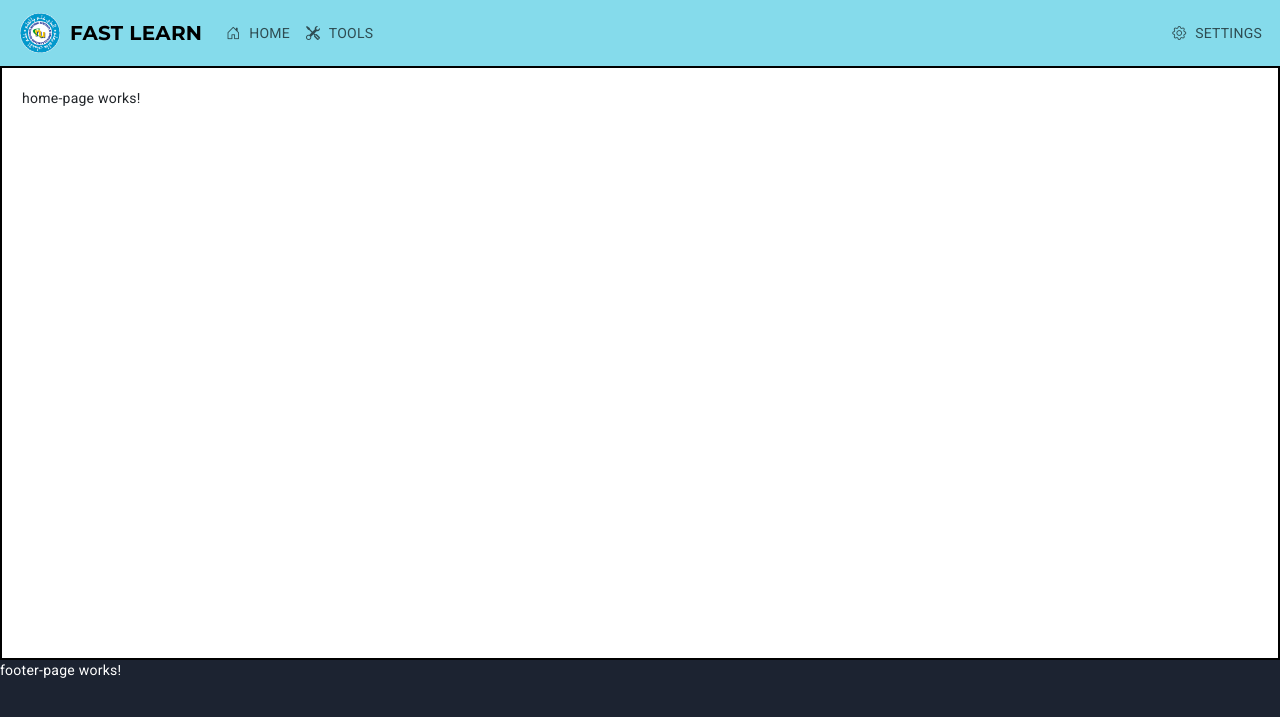
Repository: fastlearn-e0c9858e10ed/Frontend
Page: / (app in fastlearn/)
An editor plug-in stored every save of this project. The page is shown before and after the next save, followed by the edit.
The browser window is 1280 px wide. The pictures show the whole page.
The project was rebuilt for these pictures with package versions that can differ from the ones it lists, and the page was loaded fresh each time. Also part of the build but not shown: fastlearn/angular.json.

Above is the page before, as saved 2024-08-19 02:02:01.

### fastlearn/src/index.html
<!DOCTYPE html>
<html lang="en">
  <head>
    <meta charset="utf-8" />
    <title>Fastlearn</title>
    <base href="/" />
    <meta name="viewport" content="width=device-width, initial-scale=1" />
    <link rel="icon" type="image/x-icon" href="favicon.ico" />
    <link rel="preconnect" href="https://fonts.gstatic.com" />
    <link
      href="https://fonts.googleapis.com/css2?family=Roboto:wght@300;400;500&display=swap"
      rel="stylesheet"
    />
    <link
      href="https://fonts.googleapis.com/icon?family=Material+Icons"
      rel="stylesheet"
    />
    <link
      href="https://fonts.googleapis.com/css2?family=Montserrat:wght@400;700&display=swap"
      rel="stylesheet"
    />
    <!-- Bootstrap Icons CSS -->
    <link
      rel="stylesheet"
      href="https://cdnjs.cloudflare.com/ajax/libs/bootstrap-icons/1.10.0/font/bootstrap-icons.min.css"
    />
    <!-- Bootstrap 5 CSS -->
    <link
      href="https://cdnjs.cloudflare.com/ajax/libs/bootstrap/5.3.0/css/bootstrap.min.css"
      rel="stylesheet"
    />
    <!-- Popper.js (required for some Bootstrap 5 components) -->
    <script src="https://cdnjs.cloudflare.com/ajax/libs/popper.js/2.11.6/umd/popper.min.js"></script>

    <!-- Bootstrap 5 JavaScript -->
    <script src="https://cdnjs.cloudflare.com/ajax/libs/bootstrap/5.3.0/js/bootstrap.bundle.min.js"></script>
  </head>
  <body class="mat-typography">
    <app-root></app-root>
  </body>
</html>

### fastlearn/src/styles.css
/* You can add global styles to this file, and also import other style files */

html, body { height: 100%; }
body { margin: 0; font-family: Roboto, "Helvetica Neue", sans-serif; }

@import "~bootstrap-icons/font/bootstrap-icons.css";
@import url('https://fonts.googleapis.com/css2?family=Montserrat:wght@400;700&display=swap');

### fastlearn/src/app/app.module.ts
import { NgModule } from '@angular/core';
import { BrowserModule } from '@angular/platform-browser';

import { AppRoutingModule } from './app-routing.module';
import { AppComponent } from './app.component';
import { BrowserAnimationsModule } from '@angular/platform-browser/animations';
import { HeaderPageComponent } from './components/header-page/header-page.component';
import { FooterPageComponent } from './components/footer-page/footer-page.component';
import { HomePageComponent } from './components/home-page/home-page.component';

import { MatMenuModule } from '@angular/material/menu';
@NgModule({
  declarations: [
    AppComponent,
    HeaderPageComponent,
    FooterPageComponent,
    HomePageComponent
  ],
  imports: [
    BrowserModule,
    AppRoutingModule,
    BrowserAnimationsModule,
    MatMenuModule
  ],
  providers: [],
  bootstrap: [AppComponent]
})
export class AppModule { }

### fastlearn/src/app/app-routing.module.ts
import { NgModule } from '@angular/core';
import { RouterModule, Routes } from '@angular/router';
import { HomePageComponent } from './components/home-page/home-page.component';

const routes: Routes = [
  { path: '', redirectTo: '/homepage', pathMatch: 'full' },
  { path: 'homepage', component: HomePageComponent },
];

@NgModule({
  imports: [RouterModule.forRoot(routes)],
  exports: [RouterModule]
})
export class AppRoutingModule { }

### fastlearn/src/app/app.component.ts
import { Component } from '@angular/core';

@Component({
  selector: 'app-root',
  templateUrl: './app.component.html',
  styleUrls: ['./app.component.css']
})
export class AppComponent {
  title = 'fastlearn';
}

### fastlearn/src/app/components/header-page/header-page.component.ts
import { Component } from '@angular/core';

@Component({
  selector: 'app-header-page',
  templateUrl: './header-page.component.html',
  styleUrls: ['./header-page.component.css']
})
export class HeaderPageComponent {

}

### fastlearn/src/app/components/footer-page/footer-page.component.ts
import { Component } from '@angular/core';

@Component({
  selector: 'app-footer-page',
  templateUrl: './footer-page.component.html',
  styleUrls: ['./footer-page.component.css']
})
export class FooterPageComponent {

}

### fastlearn/src/app/app.component.html
<app-header-page></app-header-page>

<main class="content">
  <router-outlet></router-outlet> <!-- This is where your routed components will be displayed -->
</main>

<app-footer-page class="footer"></app-footer-page>

### fastlearn/src/app/app.component.css
main.content {
  flex: 1; /* Take up remaining space */
  overflow-y: auto; /* Enable scrolling if content exceeds viewport */
  padding: 20px; /* Adjust as needed */
  border: 2px solid black; /* Example border */
  box-sizing: border-box; /* Include padding and border in width/height */
}

.footer {
  background-color: #1c2331;
  color: white;
  width: 100%;
  height: 60px; /* Fixed height */
  margin-top: auto; /* Push the footer to the bottom */
}

:host {
  display: flex;
  flex-direction: column;
  min-height: 100vh; /* Ensure full viewport height */
  margin: 0;
}

### fastlearn/src/app/components/header-page/header-page.component.html
<nav class="navbar navbar-expand-lg navbar-light" style="background-color: #85dbeb;">
  <a class="navbar-brand ml-2 d-flex align-items-center" href="#">
    <img src="../../../assets/header_icons/fast.png" alt="Custom Icon" class="navbar-icon mr-2">
    FAST LEARN
  </a>

  <!-- Toggler for mobile view -->
  <button class="navbar-toggler" type="button" data-bs-toggle="collapse" data-bs-target="#navbarNav" aria-controls="navbarNav" aria-expanded="false" aria-label="Toggle navigation">
    <span class="navbar-toggler-icon"></span>
  </button>

  <!-- Navbar content -->
  <div class="collapse navbar-collapse" id="navbarNav">
    <ul class="navbar-nav mr-auto">
      <li class="nav-item active">
        <a class="nav-link" routerLink="/homepage">
          <i class="bi bi-house-door"></i> HOME
        </a>
      </li>

      <li class="nav-item" [matMenuTriggerFor]="toolsMenu">
        <a class="nav-link" href="#">
          <i class="bi bi-tools"></i> TOOLS
        </a>
        <mat-menu #toolsMenu="matMenu">
          <button mat-menu-item routerLink="/toolpage/notespage">Notes</button>
          <button mat-menu-item routerLink="/toolpage/pastpaperpage">Past Paper</button>
        </mat-menu>
      </li>
    </ul>
    <div class="ml-auto d-flex align-items-center">
      <ul class="navbar-nav">
        <li class="nav-item">
          <a class="nav-link" routerLink="/settingpage">
            <i class="bi bi-gear"></i> SETTINGS
          </a>
        </li>
      </ul>
    </div>
  </div>
</nav>

### fastlearn/src/app/components/header-page/header-page.component.css
/* Include Montserrat font */
@import url('https://fonts.googleapis.com/css2?family=Montserrat:wght@400;700&display=swap');

/* Navbar styling */
.navbar {
  color: #0ec3e7; /* Light blue background color */
}

/* Navbar brand styling */
.navbar-brand {
  margin-left: 20px; /* Space from the left edge */
  font-weight: bold; /* Make the brand name bold */
  font-family: 'Montserrat', sans-serif; /* Apply Montserrat font */

}

/* Align elements to the right and add spacing */
.ml-auto {
  margin-left: auto; /* Push elements to the right */
  margin-right: 10px; /* Space from the right edge */
}

/* Flex styling for inline forms */
.form-inline {
  display: flex; /* Use flexbox layout */
  align-items: center; /* Center align items vertically */
}

/* Margin adjustments for form controls */
.form-control {
  margin-right: 5px; /* Space between form controls */
}

/* Space between icon and text in nav links */
.navbar .nav-link i {
  margin-right: 5px; /* Space between icon and text */

}

/* Ensure dropdown menu appears correctly */
.navbar-nav .dropdown-menu {
  right: 0; /* Align dropdown to the right */
  left: auto; /* Override left alignment */
}



/* Navbar icon styling */
.navbar-icon {
  width: 40px; /* Adjust the size as needed */
  height: auto; /* Maintain aspect ratio */
  margin-right: 10px;
  border-radius: 25px;
}

/* Optional: Add additional styling */
.navbar-brand {
  display: flex;
  align-items: center;
  font-family: 'Montserrat', sans-serif; /* Ensure Montserrat is applied */
}

### fastlearn/src/app/components/footer-page/footer-page.component.html
<p>footer-page works!</p>

Loaded but not shown: fastlearn/src/main.ts (common file); fastlearn/src/app/components/home-page/home-page.component.ts (common file); fastlearn/src/app/components/home-page/home-page.component.html (common file); fastlearn/src/app/components/footer-page/footer-page.component.css (no copy from this time; the picture is the same without it); fastlearn/src/app/components/home-page/home-page.component.css (no copy from this time; the picture is the same without it)

After the next save:
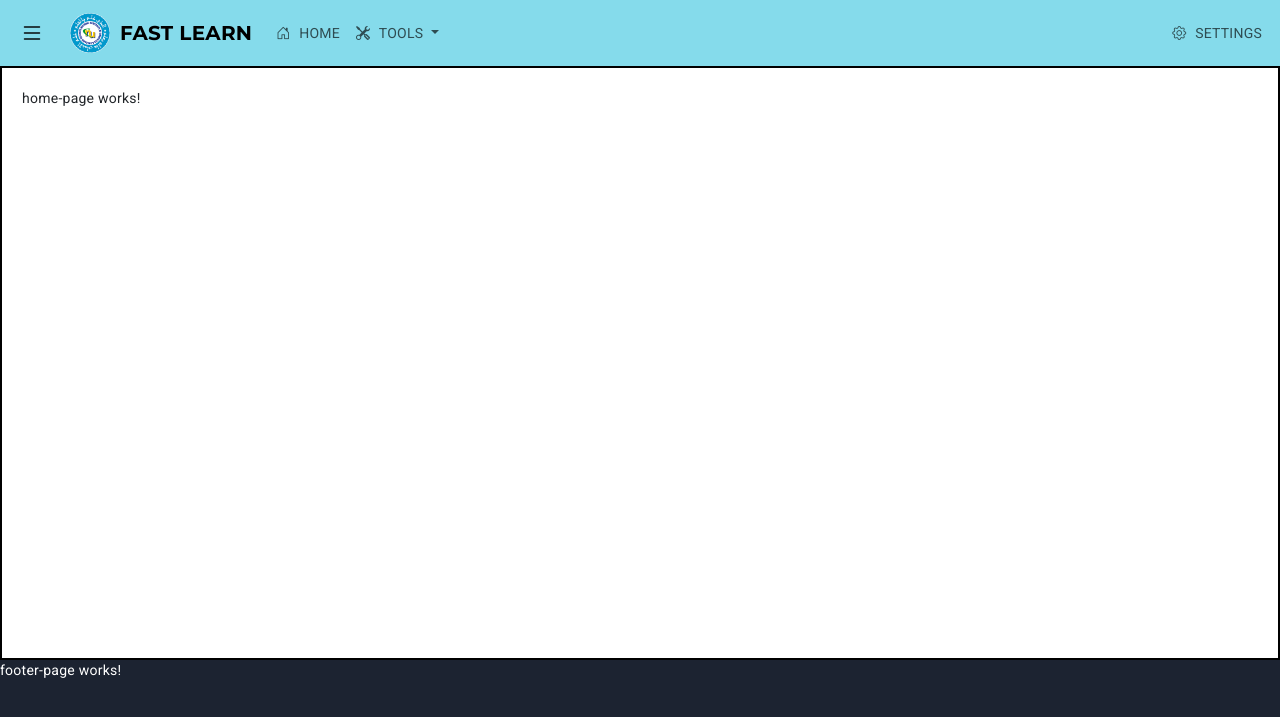
Saved 97 s later.
--- a/fastlearn/src/app/components/header-page/header-page.component.html
+++ b/fastlearn/src/app/components/header-page/header-page.component.html
@@ -1,5 +1,9 @@
 <nav class="navbar navbar-expand-lg navbar-light" style="background-color: #85dbeb;">
   <a class="navbar-brand ml-2 d-flex align-items-center" href="#">
+    <!-- Drawer Icon -->
+    <i class="bi bi-list navbar-icon mr-2" style="font-size: 24px; cursor: pointer;" onclick="toggleDrawer()"></i>
+
+    <!-- Fast Learn Icon and Text -->
     <img src="../../../assets/header_icons/fast.png" alt="Custom Icon" class="navbar-icon mr-2">
     FAST LEARN
   </a>
@@ -18,14 +22,14 @@
         </a>
       </li>
 
-      <li class="nav-item" [matMenuTriggerFor]="toolsMenu">
-        <a class="nav-link" href="#">
+      <li class="nav-item dropdown">
+        <a class="nav-link dropdown-toggle" href="#" id="navbarDropdown" role="button" data-bs-toggle="dropdown" aria-expanded="false">
           <i class="bi bi-tools"></i> TOOLS
         </a>
-        <mat-menu #toolsMenu="matMenu">
-          <button mat-menu-item routerLink="/toolpage/notespage">Notes</button>
-          <button mat-menu-item routerLink="/toolpage/pastpaperpage">Past Paper</button>
-        </mat-menu>
+        <ul class="dropdown-menu" aria-labelledby="navbarDropdown">
+          <li><a class="dropdown-item" routerLink="/toolpage/notespage">Notes</a></li>
+          <li><a class="dropdown-item" routerLink="/toolpage/pastpaperpage">Past Paper</a></li>
+        </ul>
       </li>
     </ul>
     <div class="ml-auto d-flex align-items-center">
